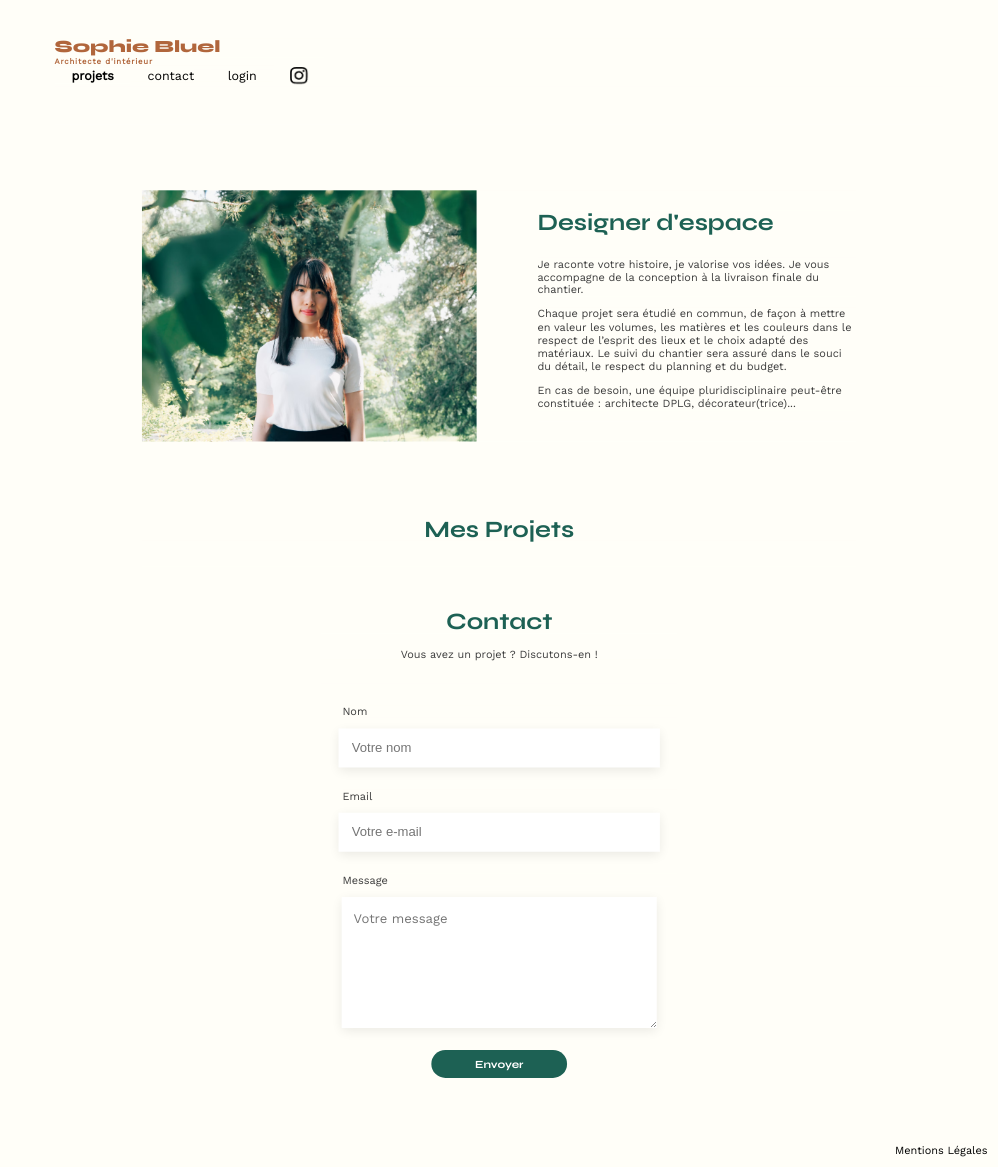
Repository: BlueSoley23/openclassrooms
Page: FrontEnd/index.html
The author's editor kept a copy of each file at every save. The page is drawn from the files as they stood at one save, then again after the next save.
The browser window is 1280 px wide. The pictures show the whole page, at 78% of full size.
The page's requests for data from a server got no answer.

Above is the page before, as saved 2023-12-21 08:03:08.
Console error: TypeError: categories is not iterable

After the next save:
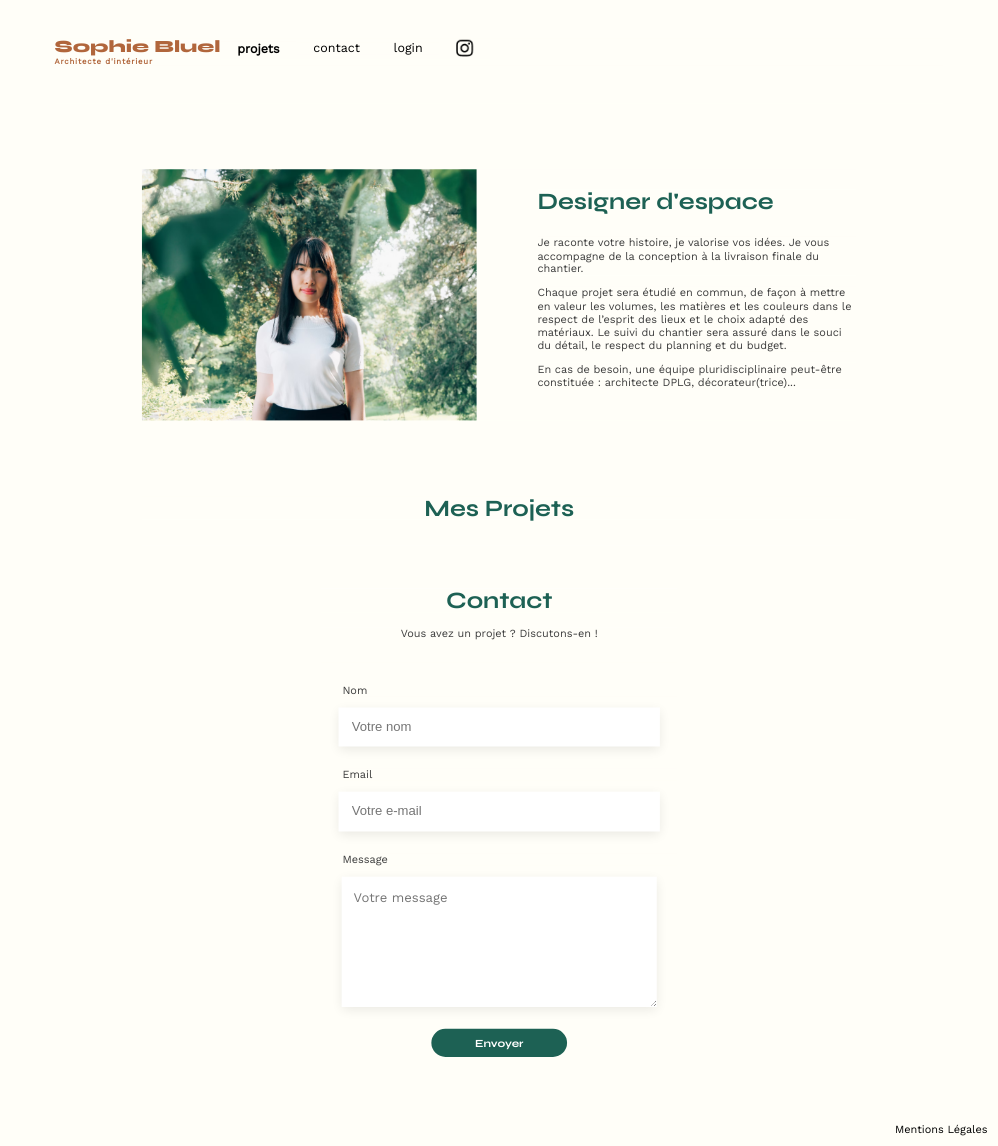
Saved 41 s later.
--- a/FrontEnd/index.html
+++ b/FrontEnd/index.html
@@ -80,7 +80,7 @@
 			<p class="edit-bar__title">Mode édition</p>
 		</div>
 
-		<div class="header-block">
+		<div class="header-block guest">
 			<!-- En-tête de la page contenant un titre et un sous titre-->
 			<!-- Elements : title /  subtitle -->
 			<a href="./index.html"><h1 class="header__title">Sophie Bluel <span class="header__subtitle">Architecte d'intérieur</span></h1></a>
@@ -91,7 +91,7 @@
 
 				<!-- Liste du menu de liens vers les pages d'accueil, de contact, de connexion, et vers le profil Instagram de Sophie Bluel -->
 				<!-- Block : nav-list -->
-				<ul class="nav-list deleted">
+				<ul class="nav-list">
 
 					<!-- Elements : item -->
 					<!-- Modifier : active -->
